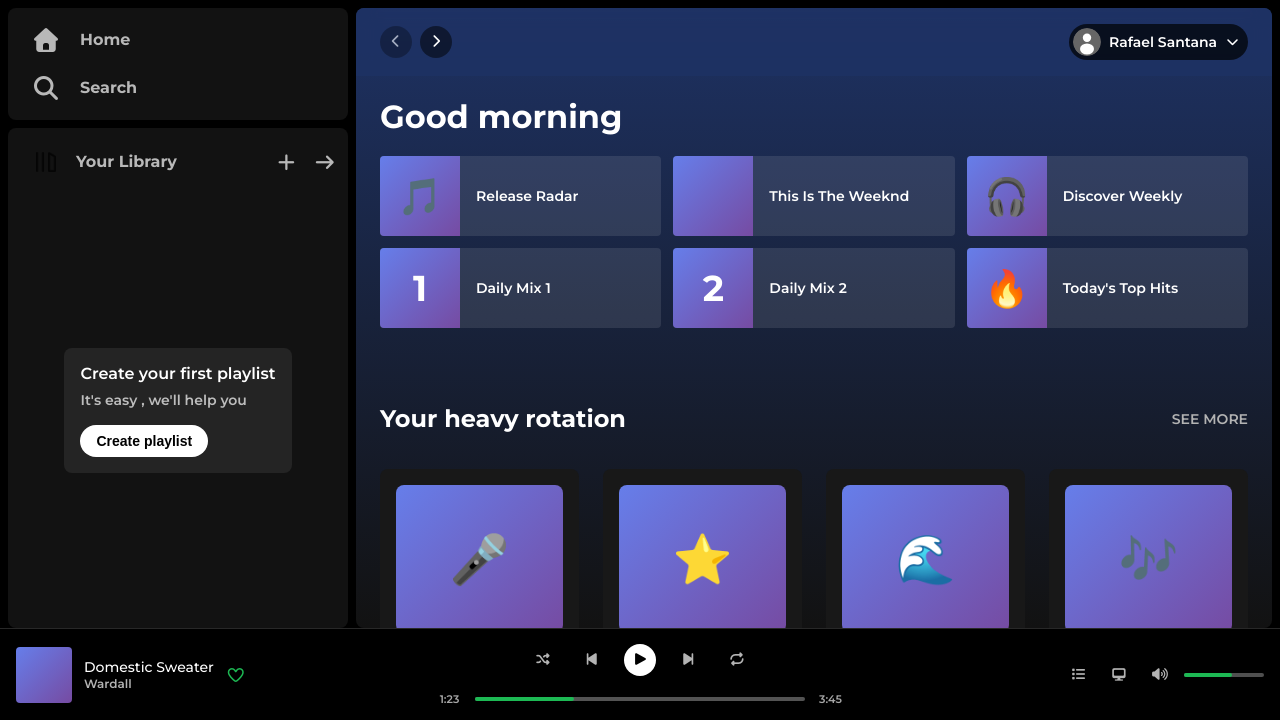
Repository: ketanBisht/spotifyFrontEnd
Page: final.html
The author's editor kept a copy of each file at every save. The page is drawn from the files as they stood at one save, then again after the next save.
The browser window is 1280 px wide. The pictures show the whole page.
An inner scrolling area shows only its first screen. Some web libraries are served in a nearby version.

Above is the page before, as saved 2025-08-26 17:28:37.

After the next save:
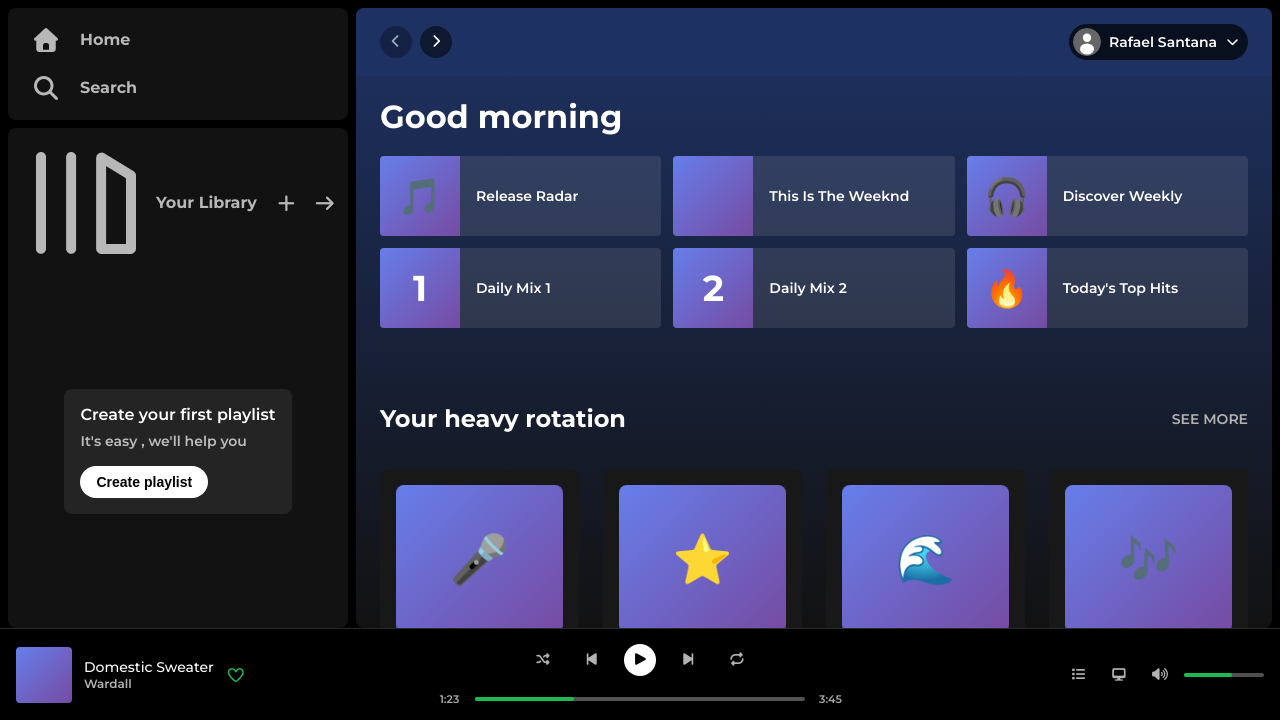
Saved 119 s later.
--- a/final.html
+++ b/final.html
@@ -127,9 +127,10 @@
         }
 
         .libOption img{
-            height: 20px;
-            width: 20px;
-            filter: invert(1);
+.libOption img{
+    height: 1.25rem;
+    width: 1.25rem;
+}
         }
 
         .icons{
